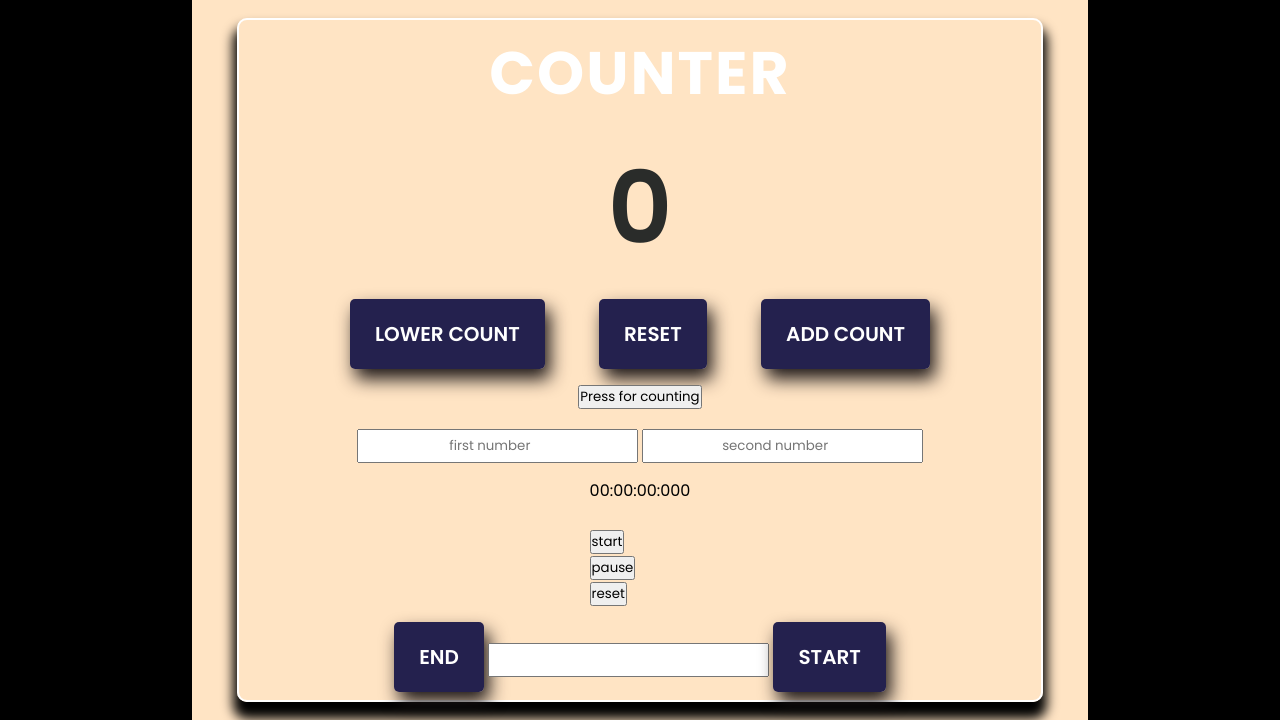
Repository: Seryozha02/Calculator
Page: index.html
The author's editor kept a copy of each file at every save. The page is drawn from the files as they stood at one save, then again after the next save.
The browser window is 1280 px wide. The pictures show the whole page.

Above is the page before, as saved 2022-02-20 13:41:31.
Not found: script.js

After the next save:
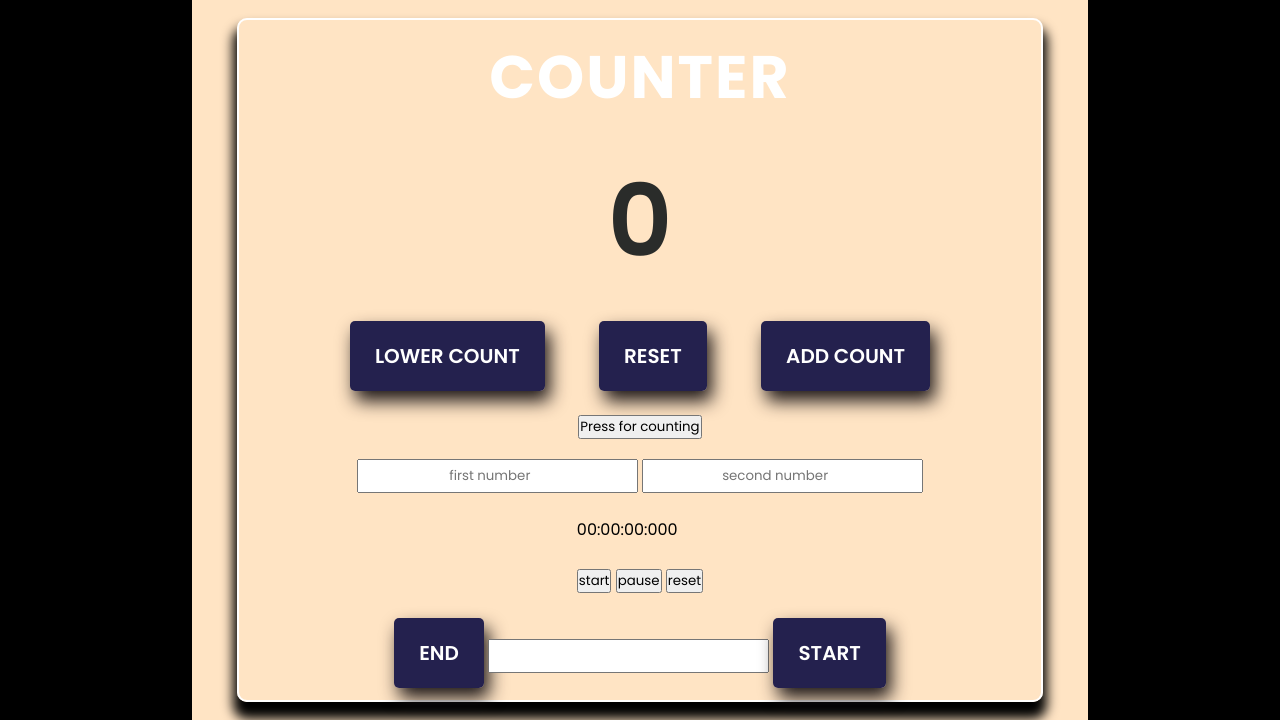
Saved 6 s later.
--- a/index.html
+++ b/index.html
@@ -32,11 +32,10 @@
                   <div>
                       <span id="hour">00</span>:<span id="minute">00</span>:<span id="second">00</span>:<span id="millisecond">000</span>
                   </div>
-                  <br />
-
-                  <div> <button type="button" name="start">start</button></div>
-                  <div> <button type="button" name="pause">pause</button></div>
-                  <div> <button type="button" name="reset">reset</button></div>
+                  <br /><div></div>
+                  <button type="button" name="start">start</button>
+                  <button type="button" name="pause">pause</button>
+                  <button type="button" name="reset">reset</button>
               </form>
               <div class="options">
                   <button class="fibonLeft">END</button>
